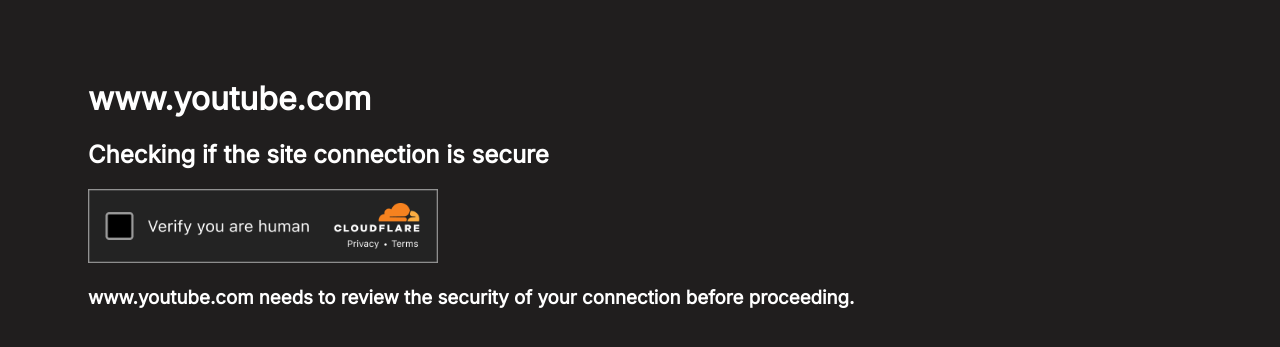
Repository: estech321/CAPTCHA-RickRoll
Page: index.html
These files come from the project's save history. The page is drawn as it stood at one moment and after the next save; the edit follows.
The browser window is 1280 px wide. The pictures show the whole page.

Above is the page before, as saved 2023-12-29 23:39:29.

### index.html
<!DOCTYPE html>
<html>
<head>
    <meta charset="UTF-8" />
    <title>Just a moment...</title>
    <link rel="preconnect" href="https://fonts.googleapis.com">
    <link rel="preconnect" href="https://fonts.gstatic.com" crossorigin>
    <link href="https://fonts.googleapis.com/css2?family=Inter&display=swap" rel="stylesheet">
    <style>
        body {
            font-family: 'Inter', sans-serif;
            color: rgb(255, 255, 255);
            background-color: #201E1E;
            padding-top: 50px;
            padding-right: 30px;
            padding-bottom: 50px;
            padding-left: 80px;
        }
    </style>
</head>
<body>
    <h1>www.youtube.com</h1>
    <h2>Checking if the site connection is secure</h2>
    <a href="https://bit.ly/rryt"><img src="verify.png" width="350" height="auto"/></a>
    <h3>www.youtube.com needs to review the security of your connection before proceeding.</h3>
</body>
</html>

After the next save:
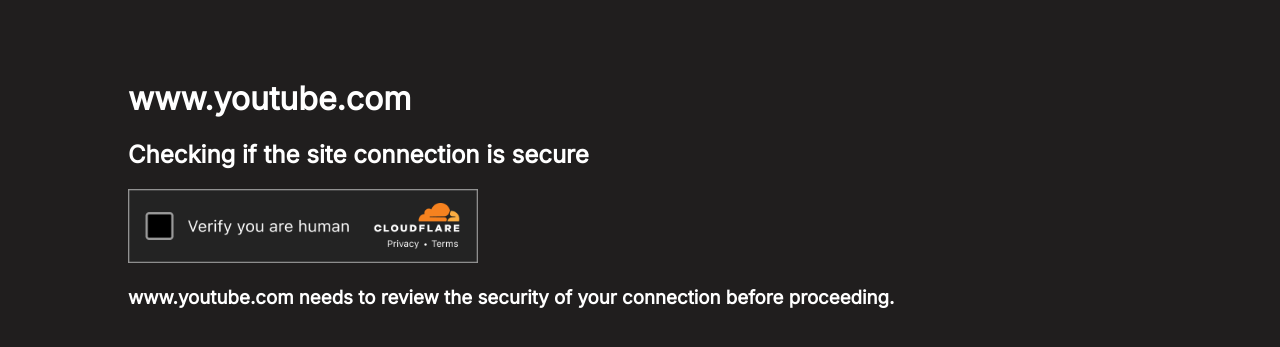
Saved 40 s later.
--- a/index.html
+++ b/index.html
@@ -14,7 +14,7 @@
             padding-top: 50px;
             padding-right: 30px;
             padding-bottom: 50px;
-            padding-left: 80px;
+            padding-left: 120px;
         }
     </style>
 </head>
